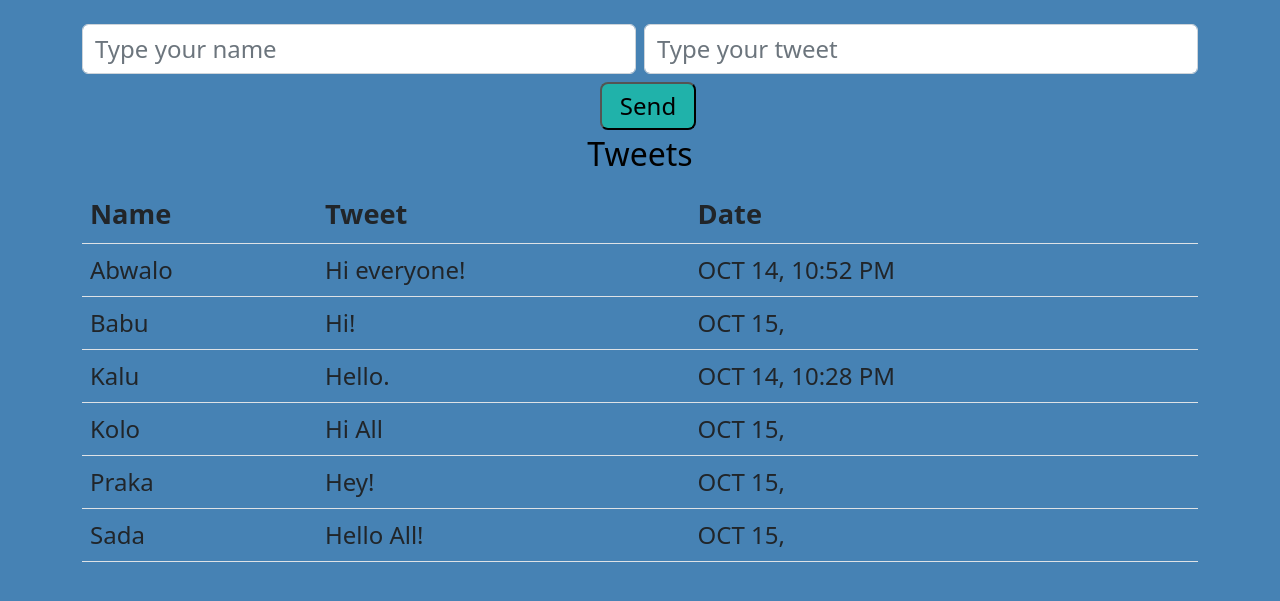
Repository: ShindanoSingi/poor-man-tweeter
Page: http://localhost/
An editor plug-in stored every save of this project. The page is shown before and after the next save, followed by the edit.
The browser window is 1280 px wide. The pictures show the whole page.
Some web libraries are served in a nearby version. The page is served by the project's application, run on Django 4.2 (poormantweeter/manage.py). The page reads the database file committed with the project.

Above is the page before, as saved 2022-10-14 19:49:51.

After the next save:
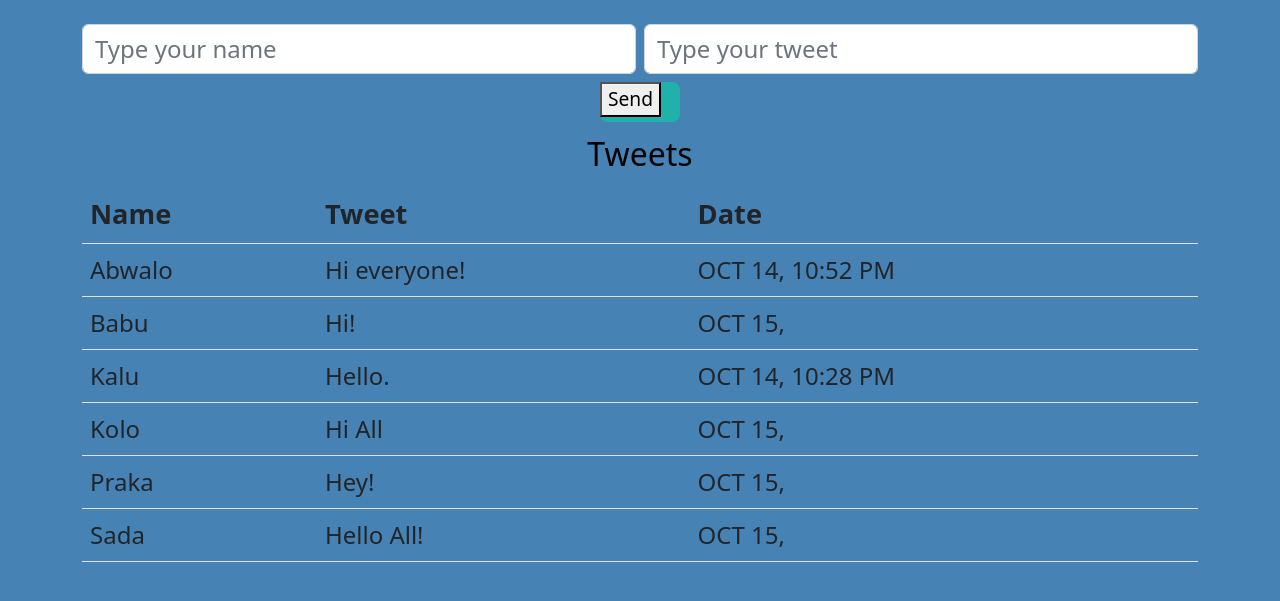
Saved 62 s later.
--- a/poormantweeter/poormantweeterapp/templates/poormantweeterapp/index.html
+++ b/poormantweeter/poormantweeterapp/templates/poormantweeterapp/index.html
@@ -289,7 +289,7 @@
     font-size: 1.5rem;
   }
 
-  .submit-button{
+  .send-button{
     width: 6rem;
     height: 3rem;
     border-radius: 0.5rem;

After the 2 saves that followed:
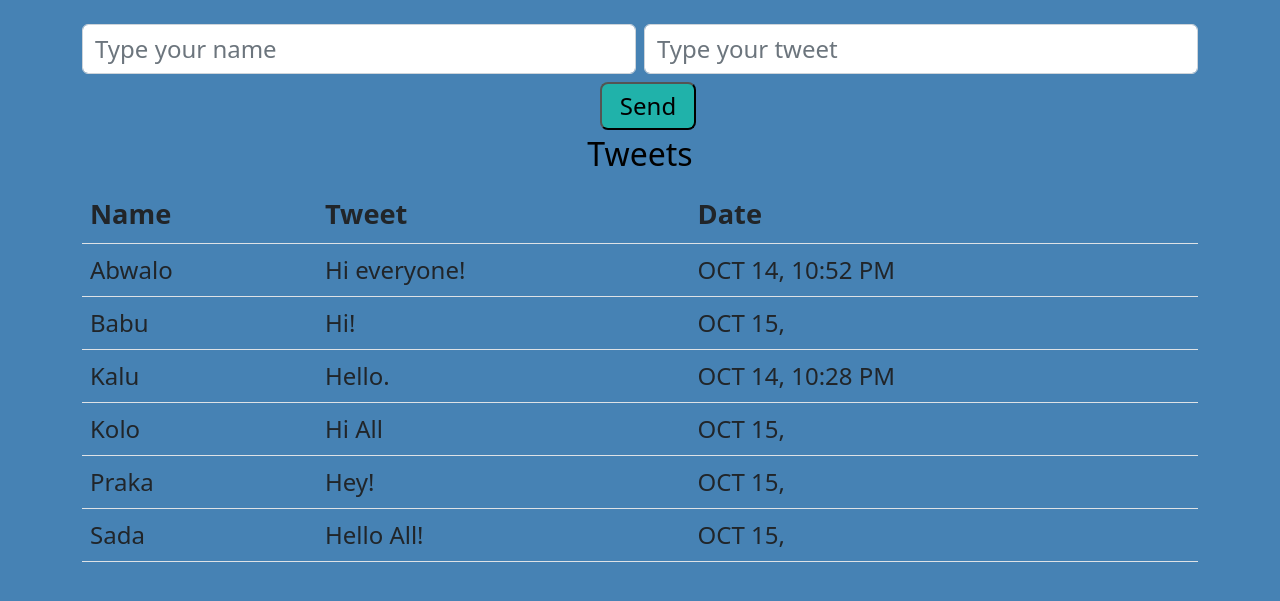
The 2 saves are shown as one change because 1 left the picture as it was.
The last was saved 74 s later.
--- a/poormantweeter/poormantweeterapp/templates/poormantweeterapp/index.html
+++ b/poormantweeter/poormantweeterapp/templates/poormantweeterapp/index.html
@@ -226,7 +226,7 @@
         font-size: 0.8rem;
       }
 
-      .send-button{
+      .submit-button{
         width: 4.5rem;
         height: 2rem;
         border-radius: 0.5rem;
@@ -235,6 +235,10 @@
         margin: 0 auto;
       }
 
+      .send-button{
+        margin: 0 auto;
+      }
+
       input[type='text']{
         font-size: 0.8rem;
       }
@@ -289,7 +293,7 @@
     font-size: 1.5rem;
   }
 
-  .send-button{
+  .submit-button{
     width: 6rem;
     height: 3rem;
     border-radius: 0.5rem;
